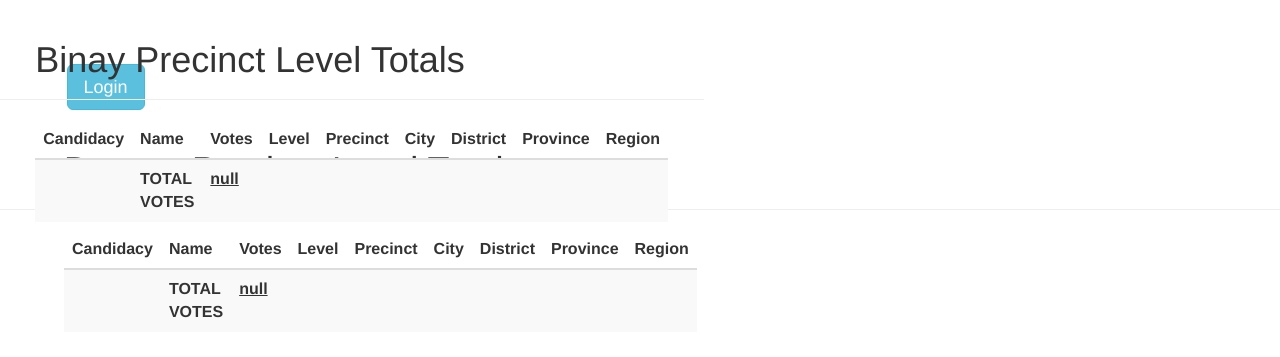
Repository: acbalutan/softdev-cencas-team_apink
Page: http://localhost/AES/index.jsp
The author's editor kept a copy of each file at every save. The page is drawn from the files as they stood at one save, then again after the next save.
The browser window is 1280 px wide. The pictures show the whole page.
The page is served by Tomcat 9. Other server files are loaded and not shown. Queries for data that is not in the repository find no rows.

Above is the page before, as saved 2016-02-26 11:04:04.
Console error (its wording comes from the project's code and is left out).

### workspace/AES/WebContent/index.jsp
<html>
<head>
	<link rel="stylesheet" href="bootstrap/bootstrap.min.css">
	<script type="text/javascript" src="bootstrap/js/bootstrap.min.js"></script>
</head>
<body>

<form action="login.jsp" style="padding-left: 5.2%;padding-top: 5%;">
    <button type="submit" class="btn btn-lg btn-info">Login</button>
</form>


<%@ page import="java.sql.*" %>
<%@ page import="bean.Provider" %>
<%@ page import="bean.PileBean" %>
<%@ page import="bean.Counter" %>

<%

Class.forName("org.sqlite.JDBC");
Connection conn = DriverManager.getConnection("jdbc:sqlite:D:/Eclipse/db/aes.db");
Statement stat = conn.createStatement();

%>
<div class="page-header" style="padding-left: 5%;">
	<h1>Duterte Precinct Level Totals</h1>
</div>

<div class="col-md-6" style="padding-left: 5%;">
	<table class="table table-striped">
    	<thead>
              <tr>
                <th>Candidacy</th>
                <th>Name</th>
                <th>Votes</th>
                <th>Level</th>
                <th>Precinct</th>
                <th>City</th>
                <th>District</th>
                <th>Province</th>
                <th>Region</th>
              </tr>
		</thead>
		<tbody>
			<%
			ResultSet duterte = stat.executeQuery("SELECT * FROM tapat WHERE name='Rodrigo Duterte';");
			while (duterte.next()) {
			    %>
			    	<tr>
			    		<td><%= duterte.getString("candidacy") %></td>
			    		<td><%= duterte.getString("name") %></td>
			    		<td><%= duterte.getString("vote") %></td>
			    		<td><%= duterte.getString("level") %></td>
			    		<td><%= duterte.getString("precinct") %></td>
			    		<td><%= duterte.getString("city") %></td>
			    		<td><%= duterte.getString("district") %></td>
			    		<td><%= duterte.getString("province") %></td>
			    		<td><%= duterte.getString("region") %></td>
			    	</tr>
			    <%
			}
			duterte.close();

			ResultSet totalduterte = stat.executeQuery("SELECT SUM(vote) as 'TOTALVOTES' FROM tapat WHERE name='Rodrigo Duterte';");
			%>
				<tr>
					<td></td>
					<td><strong>TOTAL VOTES</strong></td>
					<td style="text-decoration: underline;"><strong> <%= totalduterte.getString("TOTALVOTES") %> </strong></td>
					<td></td>
					<td></td>
					<td></td>
					<td></td>
					<td></td>
					<td></td>
				</tr>
			<% totalduterte.close(); %>
    	</tbody>
	</table>
</div>

<div style="position: absolute; top: 0%;">
	<div class="page-header" style="padding-left: 5%;">
		<h1>Binay Precinct Level Totals</h1>
	</div>

	<div class="col-md-6" style="padding-left: 5%;">
		<table class="table table-striped">
	    	<thead>
	              <tr>
	                <th>Candidacy</th>
	                <th>Name</th>
	                <th>Votes</th>
	                <th>Level</th>
	                <th>Precinct</th>
	                <th>City</th>
	                <th>District</th>
	                <th>Province</th>
	                <th>Region</th>
	              </tr>
			</thead>
			<tbody>
				<%
				ResultSet binay = stat.executeQuery("SELECT * FROM tapat WHERE name='Jejomar Binay';");
				while (binay.next()) {
				    %>
				    	<tr>
				    		<td><%= binay.getString("candidacy") %></td>
				    		<td><%= binay.getString("name") %></td>
				    		<td><%= binay.getString("vote") %></td>
				    		<td><%= binay.getString("level") %></td>
				    		<td><%= binay.getString("precinct") %></td>
				    		<td><%= binay.getString("city") %></td>
				    		<td><%= binay.getString("district") %></td>
				    		<td><%= binay.getString("province") %></td>
				    		<td><%= binay.getString("region") %></td>
				    	</tr>
				    <%
				}
				binay.close();

				ResultSet totalbinay = stat.executeQuery("SELECT SUM(vote) as 'TOTALVOTES' FROM tapat WHERE name='Rodrigo Duterte';");
				%>
					<tr>
						<td></td>
						<td><strong>TOTAL VOTES</strong></td>
						<td style="text-decoration: underline;"><strong> <%= totalbinay.getString("TOTALVOTES") %> </strong></td>
						<td></td>
						<td></td>
						<td></td>
						<td></td>
						<td></td>
						<td></td>
					</tr>
				<% totalbinay.close(); %>
	    	</tbody>
		</table>
	</div>
</div>
<%	stat.close();
	conn.close();	%>

</body>
</html>

Loaded but not shown: workspace/AES/WebContent/bootstrap/bootstrap.min.css (library); workspace/AES/WebContent/bootstrap/bootstrap.min.js (library)

After the next save:
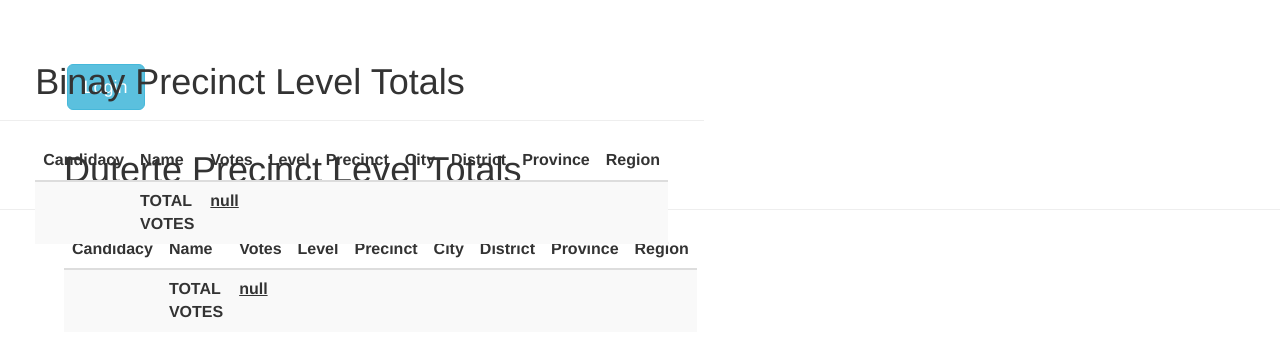
Saved 8 s later.
--- a/workspace/AES/WebContent/index.jsp
+++ b/workspace/AES/WebContent/index.jsp
@@ -79,7 +79,7 @@
 	</table>
 </div>
 
-<div style="position: absolute; top: 0%;">
+<div style="position: absolute; top: 3%;">
 	<div class="page-header" style="padding-left: 5%;">
 		<h1>Binay Precinct Level Totals</h1>
 	</div>
